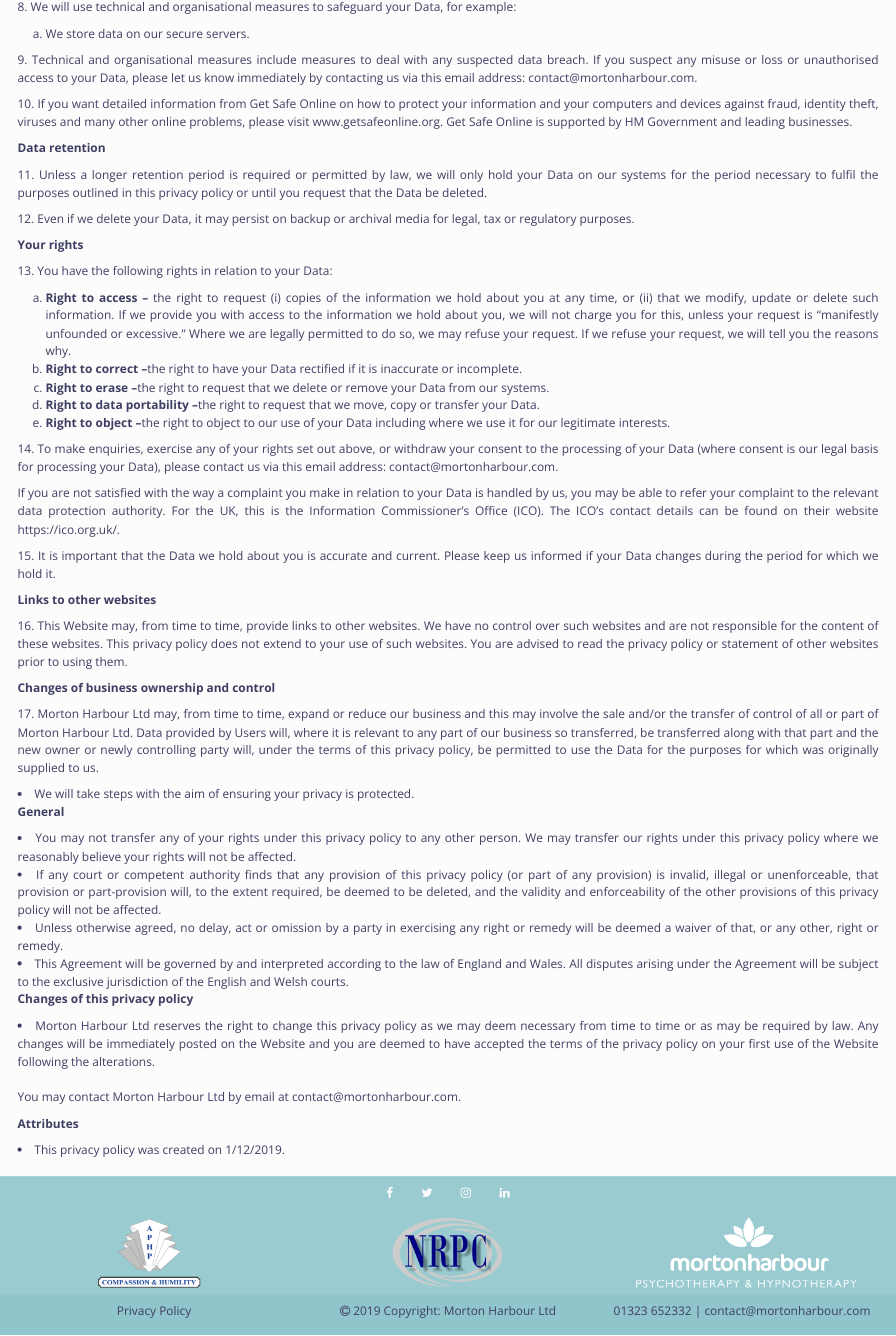
Repository: Code-Institute-Submissions/mortonharbour
Page: privacy_policy.html
The author's editor kept a record of every edit. The page is drawn from the files as they stood at one moment, then again after the next edit.
The browser window is 1280 px wide. The pictures show the part of the page from y = 1725 to 3645 px (the page is 3633 px tall before and 3645 px after), at 70% of full size.
Some web libraries are served in a nearby version.

Above is the page before.

### privacy_policy.html
<!DOCTYPE html>
<html lang="en">

<head>
    <meta charset="UTF-8">
    <meta name="viewport" content="width=device-width, initial-scale=1.0">
    <meta http-equiv="X-UA-Compatible" content="ie=edge">

    <!--Links to Bootstrap, JavaScript and FontAwesome cdn, customer style.css file-->
    <link rel="stylesheet" href="https://stackpath.bootstrapcdn.com/bootstrap/4.4.0/css/bootstrap.min.css" integrity="sha384-SI27wrMjH3ZZ89r4o+fGIJtnzkAnFs3E4qz9DIYioCQ5l9Rd/7UAa8DHcaL8jkWt" crossorigin="anonymous">
    <link rel="stylesheet" href="https://stackpath.bootstrapcdn.com/font-awesome/4.7.0/css/font-awesome.min.css" type="text/css" />
    <script src="https://code.jquery.com/jquery-3.2.1.slim.min.js" integrity="sha384-KJ3o2DKtIkvYIK3UENzmM7KCkRr/rE9/Qpg6aAZGJwFDMVNA/GpGFF93hXpG5KkN" crossorigin="anonymous"></script>
    <script src="https://cdnjs.cloudflare.com/ajax/libs/popper.js/1.11.0/umd/popper.min.js" integrity="sha384-b/U6ypiBEHpOf/4+1nzFpr53nxSS+GLCkfwBdFNTxtclqqenISfwAzpKaMNFNmj4" crossorigin="anonymous"></script>
    <script src="https://maxcdn.bootstrapcdn.com/bootstrap/4.0.0-beta/js/bootstrap.min.js" integrity="sha384-h0AbiXch4ZDo7tp9hKZ4TsHbi047NrKGLO3SEJAg45jXxnGIfYzk4Si90RDIqNm1" crossorigin="anonymous"></script>

    <link rel="stylesheet" href="assets/css/style.css" />

    <title>Privacy Policy</title>
</head>

<body>
    <header>
        <div class="container-fluid">
            <nav class="navbar navbar-expand-lg navbar-light">
                <a href="index.html" class="col-sm-4 logo"><span class="sr-only">Go to our home page</span></a>

                <button class="navbar-toggler" type="button" data-toggle="collapse" data-target="#navbarSupportedContent" aria-controls="navbarSupportedContent" aria-expanded="false" aria-label="Toggle navigation">
            <span class="navbar-toggler-icon"></span>
            </button>
                <div class="collapse navbar-collapse justify-content-end" id="navbarSupportedContent">
                    <ul class="navbar-nav">
                        <li class="nav-item active">
                            <a class="nav-link" href="index.html"><span class="sr-only">Go to our home page</span>Home</a>
                        </li>
                        <li class="nav-item active">
                            <a class="nav-link" href="about_us.html"><span class="sr-only">Learn more about us</span>About Us</a>
                        </li>
                        <li class="nav-item dropdown">
                            <a class="nav-link dropdown-toggle" href="therapy.html" id="navbarDropdown" role="button" data-toggle="dropdown" aria-haspopup="true" aria-expanded="false">
                          Therapy
                        </a>
                            <div class="dropdown-menu" aria-labelledby="navbarDropdown">
                                <a class="dropdown-item" href="psychotherapy.html"><span class="sr-only">Find out about psychotherapy we offer</span>Psychotherapy</a>
                                <a class="dropdown-item" href="hypnotherapy.html"><span class="sr-only">Find out about hypnotherapy we offer</span>Hypnotherapy</a>
                                <a class="dropdown-item" href="emergency_therapy.html"><span class="sr-only">Find out about the emergency appointments we can offer</span>Emergency Appointments</a>
                            </div>
                        </li>
                        <li class="nav-item active">
                            <a class="nav-link" href="testimonials.html"><span class="sr-only">Find out what our clients say</span>Testimonials</a>
                        </li>
                        <li class="nav-item active">
                            <a class="nav-link" href="1-in-4_blog.html"><span class="sr-only">1 in 4 Blog</span>1 in 4 Blog</a>
                        </li>
                        <li class="nav-item active">
                            <a class="nav-link" href="contact.html"><span class="sr-only">Contact Us</span>Contact</a>
                        </li>
                    </ul>
                </div>
                <span id="header-mobile"><a href="tel:#"><i class="fa fa-mobile" aria-hidden="true"></i>
                <span class="sr-only">Call us</span>07968 114 196</a>
                </span>
            </nav>
        </div>
    </header>

    <!--Privacy policy-->

    <section id="privacy-policy-wording">
        <h2>Privacy Policy</h2>
        <p>This privacy applies between you, the User of this Website and Morton Harbour Ltd, the owner and provider of this Website. Morton Harbour Ltd takes the privacy of your information very seriously. This privacy policy applies to our use of any and
            all Data collected by us or provided by you in relation to your use of the Website.</p>
        <p><small><b>Please read this privacy policy carefully.</b></small></p>
        <h4><b>Definitions and interpretation</b></h4>
        <p>1. In this privacy policy, the following definitions are used:</p>
        <table class="privacy-table">
            <tr>
                <td class="privacy-data">Data</td>
                <td class="privacy-data">Collectively all information that you submit to Morton Harbour Ltd via the Website. This definition incorporates, where applicable, the definitions provided in the Data Protection Laws;</td>
            </tr>
            <tr>
                <td class="privacy-data">Data Protection Laws</td>
                <td class="privacy-data">Any applicable law relating to the processing of personal Data, including but not limited to the Directive 96/46/EC (Data Protection Directive) or GDPR, and any national implementing laws, regulations and secondary legislation, for as
                    long as the GDPR is effective in the UK;</td>
            </tr>
            <tr>
                <td class="privacy-data">GDPR</td>
                <td class="privacy-data">The General Data Protection Regulation (EU) 2016/679;</td>
            </tr>
            <tr>
                <td class="privacy-data">We or us</td>
                <td class="privacy-data">Morton Harbour Ltd</td>
            </tr>
            <tr>
                <td class="privacy-data">User or you</td>
                <td class="privacy-data">Any third party that accesses the Website and is not either (i) employed by Morton Harbour Ltd and acting in the course of their employment or (ii) engaged as a consultant or otherwise providing services to Morton Harbour Ltd and accessing
                    the Website in connection with the provision of such services; and</td>
            </tr>
            <tr>
                <td class="privacy-data">Website</td>
                <td class="privacy-data">The website that you are currently using, <a href="index.html" class="privacy-policy-links"><span class="sr-only">Go to our home page</span>www.mortonharbour.com</a>, and any sub-domains of this site unless expressly excluded by their
                    own terms and conditions.</td>
            </tr>
        </table>
        <p>2. In this privacy policy, unless the context requires a different interpretation:</p>
        <ol type="a">
            <li>The singular includes the plural and vice versa;</li>
            <li>References to sub-clauses, clauses, schedules or appendices are sub-clauses, clauses, schedules or appendices of this privacy policy;</li>
            <li>A reference to a person includes firms, companies, government entities, trusts and partnerships;</li>
            <li>“including” is understood to mean “including without limitation”;</li>
            <li>Reference to any statutory provision includes any modification or amendment of it;</li>
            <li>The headings and sub-headings do not form part of this privacy policy.</li>
        </ol>
        <p><b>Scope of this privacy policy</b></p>
        <p>3. This privacy policy applies only to the actions of Morton Harbour Ltd, and users with respect to this Website. It does not extend to any websites that can be accessed from this Website, including, but not limited to, any links we may provide
            to social media websites.</p>
        <p>4. For purposes of the applicable Data Protection Laws, Morton Harbour Ltd is the “data controller”. This means that Morton Harbour Ltd determines the purposes for which, and the manner in which, your Data is processed.</p>
        <p><b>How we collect Data</b></p>
        <p>5. We collect Data in the following ways:</p>
        <ol type="a">
            <li>Data is given to us by you; and</li>
            <li>Data is collected automatically.</li>
        </ol>
        <p><b>Data that is given to us by you</b></p>
        <p>6. Morton Harbour Ltd will collect your Data in a number of ways, for example:</p>
        <ol type="a">
            <li>When you contact us through the Website, by telephone, email or through any other means; in each case, in accordance with this privacy policy.</li>
        </ol>
        <p><b>Data that is collected automatically</b></p>
        <p>7.  To the extent that you access the Website, we will collect your Data automatically, for example:</p>
        <ol type="a">
            <li>We automatically collect some information about your visit to the Website. This information helps us to make improvements to Website content and navigation, and includes your IP address, the date, times and frequency with which you access
                the Website and the way you use and interact with its content.</li>
        </ol>
        <p><b>Keeping Data secure</b></p>
        <p>8. We will use technical and organisational measures to safeguard your Data, for example:</p>
        <ol type="a">
            <li>We store data on our secure servers.</li>
        </ol>
        <p>9. Technical and organisational measures include measures to deal with any suspected data breach. If you suspect any misuse or loss or unauthorised access to your Data, please let us know immediately by contacting us via this email address:
            <a href="mailto:#" class="privacy-policy-links">contact@mortonharbour.com<span class="sr-only">Email us</span></a>.</p>
        <p>10. If you want detailed information from Get Safe Online on how to protect your information and your computers and devices against fraud, identity theft, viruses and many other online problems, please visit <a href="https://www.getsafeonline.org"
                target="_blank" class="privacy-policy-links">www.getsafeonline.org<span class="sr-only">Get Safe Online Website</span></a>. Get Safe Online is supported by HM Government and leading businesses.</p>
        <p><b>Data retention</b></p>
        <p>11. Unless a longer retention period is required or permitted by law, we will only hold your Data on our systems for the period necessary to fulfil the purposes outlined in this privacy policy or until you request that the Data be deleted.</p>
        <p>12. Even if we delete your Data, it may persist on backup or archival media for legal, tax or regulatory purposes.</p>
        <p><b>Your rights</b></p>
        <p>13. You have the following rights in relation to your Data:</p>
        <ol type="a">
            <li><b>Right to access –</b> the right to request (i) copies of the information we hold about you at any time, or (ii) that we modify, update or delete such information. If we provide you with access to the information we hold about you, we will
                not charge you for this, unless your request is “manifestly unfounded or excessive.” Where we are legally permitted to do so, we may refuse your request. If we refuse your request, we will tell you the reasons why.</li>
            <li><b>Right to correct –</b>the right to have your Data rectified if it is inaccurate or incomplete.</li>
            <li><b>Right to erase –</b>the right to request that we delete or remove your Data from our systems.</li>
            <li><b>Right to data portability –</b>the right to request that we move, copy or transfer your Data.</li>
            <li><b>Right to object –</b>the right to object to our use of your Data including where we use it for our legitimate interests.</li>
        </ol>
        <p>14. To make enquiries, exercise any of your rights set out above, or withdraw your consent to the processing of your Data (where consent is our legal basis for processing your Data), please contact us via this email address: contact@mortonharbour.com.</p>
        <p>If you are not satisfied with the way a complaint you make in relation to your Data is handled by us, you may be able to refer your complaint to the relevant data protection authority. For the UK, this is the Information Commissioner’s Office
            (ICO). The ICO’s contact details can be found on their website https://ico.org.uk/.</p>
        <p>15. It is important that the Data we hold about you is accurate and current. Please keep us informed if your Data changes during the period for which we hold it.</p>
        <p><b>Links to other websites</b></p>
        <p>16. This Website may, from time to time, provide links to other websites. We have no control over such websites and are not responsible for the content of these websites. This privacy policy does not extend to your use of such websites. You are advised
            to read the privacy policy or statement of other websites prior to using them.</p>
        <p><b>Changes of business ownership and control</b></p>
        <p>17. Morton Harbour Ltd may, from time to time, expand or reduce our business and this may involve the sale and/or the transfer of control of all or part of Morton Harbour Ltd. Data provided by Users will, where it is relevant to any part of our business
            so transferred, be transferred along with that part and the new owner or newly controlling party will, under the terms of this privacy policy, be permitted to use the Data for the purposes for which was originally supplied to us.
        </li>
        <li>We will take steps with the aim of ensuring your privacy is protected.</li>
        <p><b>General</b></p>
        <li>You may not transfer any of your rights under this privacy policy to any other person. We may transfer our rights under this privacy policy where we reasonably believe your rights will not be affected.</li>
        <li>If any court or competent authority finds that any provision of this privacy policy (or part of any provision) is invalid, illegal or unenforceable, that provision or part-provision will, to the extent required, be deemed to be deleted, and the
            validity and enforceability of the other provisions of this privacy policy will not be affected.</li>
        <li>Unless otherwise agreed, no delay, act or omission by a party in exercising any right or remedy will be deemed a waiver of that, or any other, right or remedy.</li>
        <li>This Agreement will be governed by and interpreted according to the law of England and Wales. All disputes arising under the Agreement will be subject to the exclusive jurisdiction of the English and Welsh courts.</li>
        <p><b>Changes of this privacy policy</b></p>
        <li>Morton Harbour Ltd reserves the right to change this privacy policy as we may deem necessary from time to time or as may be required by law. Any changes will be immediately posted on the Website and you are deemed to have accepted the terms of
            the privacy policy on your first use of the Website following the alterations.</li><br>
        <p>You may contact Morton Harbour Ltd by email at <a href="mailto:#" class="privacy-policy-links">contact@mortonharbour.com</a><span class="sr-only">Email us</span>.</p>
        <p><b>Attributes</b></p>
        <li>This privacy policy was created on 1/12/2019.</li>
        </ol>
    </section>

    <!--Privacy policy-->

    <footer class="container-fluid">
        <div class="row">
            <div class="col-sm-12">
                <ul class="list-inline text-center social-media-icons">
                    <li class="list-inline-item">
                        <a target="_blank" href="https://www.facebook.com/MortonHarbour/">
                            <i class="fa fa-facebook" aria-hidden="true"></i>
                            <span class="sr-only">Facebook opens in a new window</span>
                        </a>
                    </li>
                    <li class="list-inline-item">
                        <a target="_blank" href="https://twitter.com/mortonharbour">
                            <i class="fa fa-twitter" aria-hidden="true"></i>
                            <span class="sr-only">Twitter opens in a new window</span>
                        </a>
                    </li>
                    <li class="list-inline-item">
                        <a target="_blank" href="https://www.instagram.com/morton_harbour/">
                            <i class="fa fa-instagram" aria-hidden="true"></i>
                            <span class="sr-only">Instagram opens in a new window</span>
                        </a>
                    </li>
                    <li class="list-inline-item">
                        <a target="_blank" href="https://www.linkedin.com/in/magda-harbour-maphp-51b590b4/">
                            <i class="fa fa-linkedin" aria-hidden="true"></i>
                            <span class="sr-only">LinkedIn opens in a new window></span>
                        </a>
                    </li>
                </ul>
            </div>
        </div>
        <div class="row">
            <a href="https://www.aphp.co.uk/" target="_blank" class="col-sm-4 aphp-logo">
                <span class="sr-only">Visit the APHP website, opens in new window</span>
            </a>
            <a href="https://www.nrpc.co.uk/" target="_blank" class="col-sm-4 nrpc-logo">
                <span class="sr-only">Visit the NRPC website, opens in new window</span>
            </a>
            <a href="index.html" class="col-sm-4 footer-logo">
                <span class="sr-only">Go to our home page</span>
            </a>
        </div>
        <div class="row footer-end">
            <div class="col-sm-4 text-center footer-end-item">
                <a href="privacy_policy.html" target="_blank"><span class="sr-only">Please read our privacy policy, opens in new window</span>Privacy Policy</a>
            </div>
            <div class="col-sm-4 text-center">
                <p><i class="fa fa-copyright" aria-hidden="true"></i> 2019 Copyright: Morton Harbour Ltd</p>
            </div>
            <div class="div col-sm-4 text-center footer-end-item">
                <address><a href="tel:+01323652332">01323 652332 | <span class="sr-only">contact number</span></a><a href="mailto:#">contact@mortonharbour.com
                    <span class="sr-only">email address</span>
                </a>
                </address>
            </div>
        </div>
    </footer>
</body>

</html>

Loaded but not shown: assets/css/style.css (596 lines, source omitted)

After the next edit:
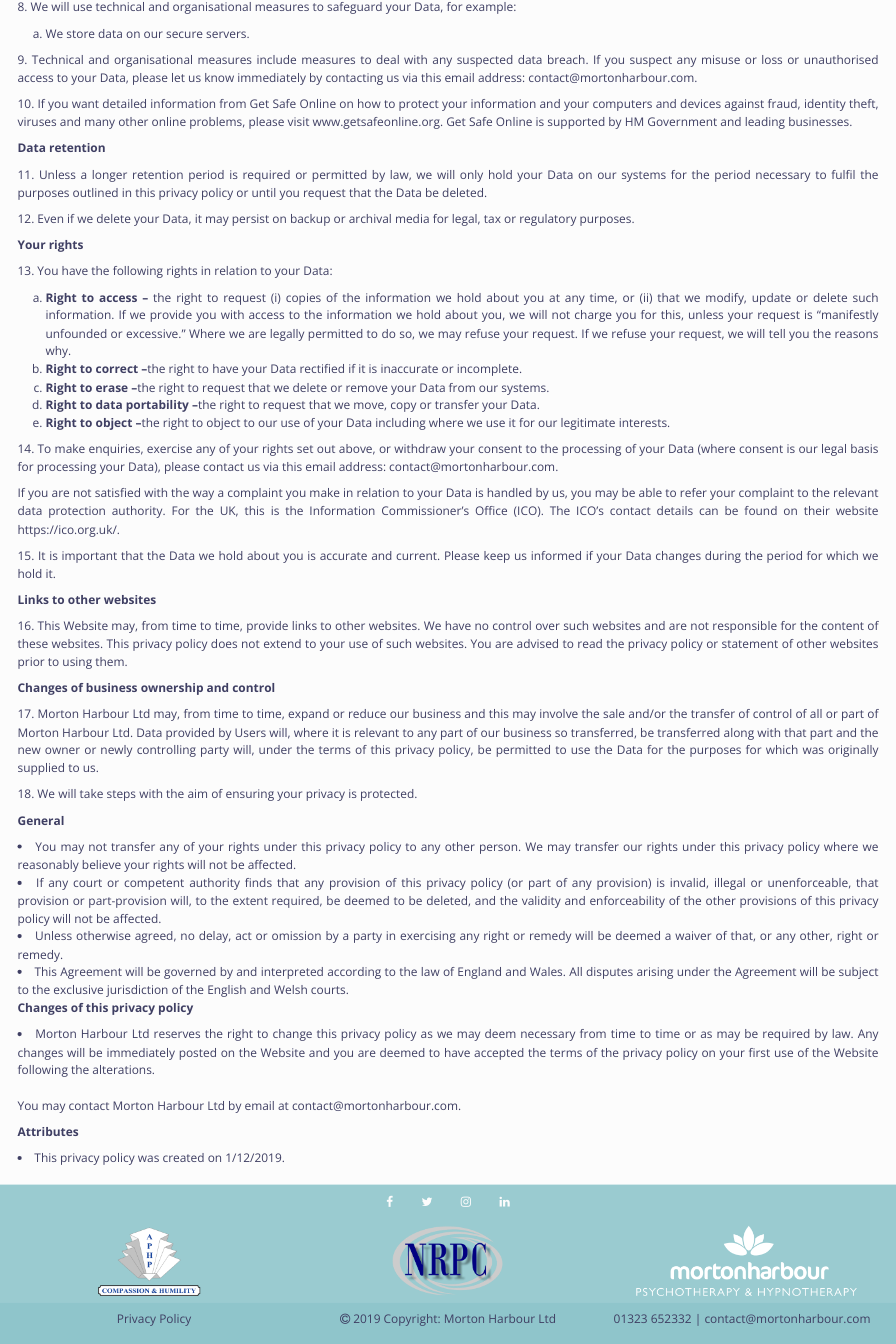
The edit:
--- a/privacy_policy.html
+++ b/privacy_policy.html
@@ -162,9 +162,8 @@
             to read the privacy policy or statement of other websites prior to using them.</p>
         <p><b>Changes of business ownership and control</b></p>
         <p>17. Morton Harbour Ltd may, from time to time, expand or reduce our business and this may involve the sale and/or the transfer of control of all or part of Morton Harbour Ltd. Data provided by Users will, where it is relevant to any part of our business
-            so transferred, be transferred along with that part and the new owner or newly controlling party will, under the terms of this privacy policy, be permitted to use the Data for the purposes for which was originally supplied to us.
-        </li>
-        <li>We will take steps with the aim of ensuring your privacy is protected.</li>
+            so transferred, be transferred along with that part and the new owner or newly controlling party will, under the terms of this privacy policy, be permitted to use the Data for the purposes for which was originally supplied to us.</p>
+        <p>18.  We will take steps with the aim of ensuring your privacy is protected.</p>
         <p><b>General</b></p>
         <li>You may not transfer any of your rights under this privacy policy to any other person. We may transfer our rights under this privacy policy where we reasonably believe your rights will not be affected.</li>
         <li>If any court or competent authority finds that any provision of this privacy policy (or part of any provision) is invalid, illegal or unenforceable, that provision or part-provision will, to the extent required, be deemed to be deleted, and the
